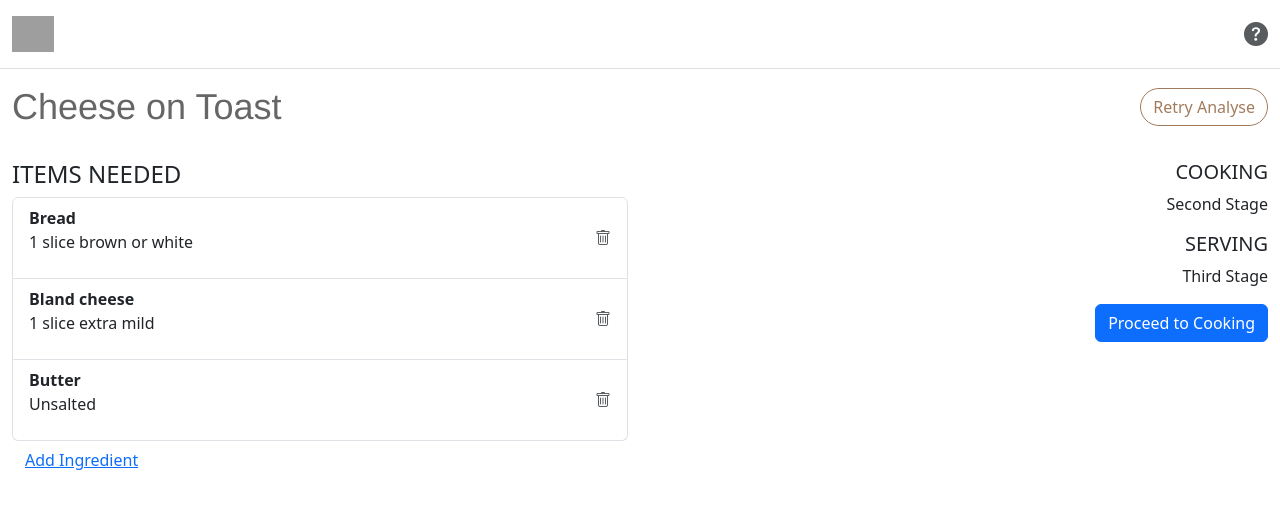
Repository: devashrisamani/SMC
Page: index.html
The author's editor kept a copy of each file at every save. The page is drawn from the files as they stood at one save, then again after the next save.
The browser window is 1280 px wide. The pictures show the whole page.
Pictures or frames that could not be fetched are drawn as grey boxes.

Above is the page before, as saved 2024-10-09 15:00:26.

After the next save:
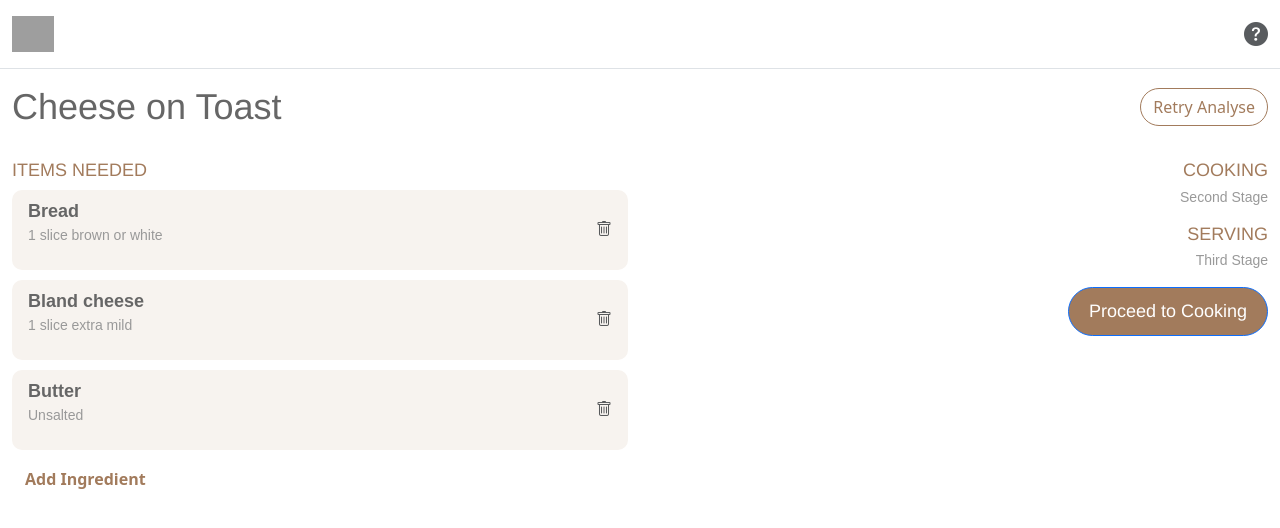
Saved 15 s later.
--- a/styles.css
+++ b/styles.css
@@ -1,5 +1,4 @@
 /* Custom styles for the header */
-
 .logo {
   width: 42px;
   height: 36px;
@@ -18,7 +17,7 @@
   font-family: "Calistoga-Regular", Helvetica, sans-serif;
   color: #666666;
   font-size: 36px;
-  margin: 0; /* Remove default margin */
+  margin: 0;
 }
 
 .retry-btn {
@@ -31,3 +30,56 @@
   background-color: #a27b5c;
   color: #fff;
 }
+
+/* Main Content Styling */
+.items-title {
+  font-family: "Calistoga-Regular", Helvetica, sans-serif;
+  color: #a27b5c;
+  font-size: 18px;
+}
+
+.ingredients-list .list-group-item {
+  border: none;
+  border-radius: 10px;
+  background-color: #f7f3ef;
+  margin-bottom: 10px;
+  font-family: "DM Sans", sans-serif;
+}
+
+.ingredients-list .list-group-item strong {
+  font-size: 18px;
+  color: #666666;
+}
+
+.ingredients-list .list-group-item p {
+  font-size: 14px;
+  color: #999999;
+}
+
+.add-ingredient {
+  color: #a27b5c;
+  font-weight: bold;
+  text-decoration: none;
+}
+
+.stage-section h5 {
+  font-family: "Calistoga-Regular", Helvetica, sans-serif;
+  font-size: 18px;
+  color: #a27b5c;
+  margin-bottom: 5px;
+}
+
+.stage-section p {
+  font-family: "DM Sans", sans-serif;
+  font-size: 14px;
+  color: #999999;
+}
+
+.proceed-btn {
+  background-color: #a27b5c;
+  color: white;
+  border-radius: 30px;
+  padding: 10px 20px;
+  font-size: 18px;
+  font-family: "Calistoga-Regular", Helvetica, sans-serif;
+}
